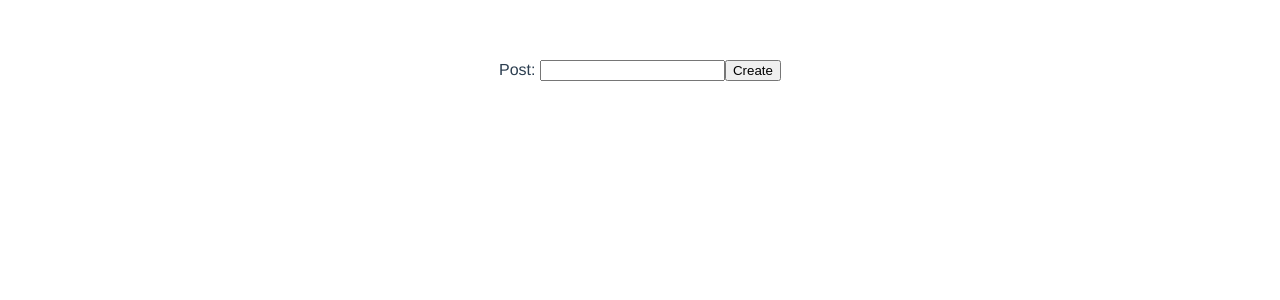
Repository: AnatoliyZaporozhets/HomeTask
Page: / (app in HomeWork_2/Task_1/)
These files come from the project's save history. The page is drawn as it stood at one moment and after the next save; the edit follows.
The browser window is 1280 px wide. The pictures show the whole page.
The project was rebuilt for these pictures with package versions that can differ from the ones it lists, and the page was loaded fresh each time. Also part of the build but not shown: HomeWork_2/Task_1/vue.config.js, HomeWork_2/Task_1/src/components/PostList/index.vue.

Above is the page before, as saved 2022-04-17 17:41:57.

### HomeWork_2/Task_1/src/App.vue
<template>
  <div>
    <create-post @pushPost='pushArr' />
    <div v-if="postListArr">
        <post-list v-for="(post,index) in postListArr" :key="index" :posts='post.post'/>
    </div>


  </div>
</template>

<script>
import CreatePost from './components/CreatePost'
import PostList from './components/PostList'
export default {
  name: 'App',
  components: {
   CreatePost,
   PostList
  },
  data(){
    return{
      postListArr:[],
    }

  },
  methods:{
      pushArr(inp){
        this.postListArr.push({post : inp})
      }
    }
}
</script>

<style>
#app {
  font-family: Avenir, Helvetica, Arial, sans-serif;
  -webkit-font-smoothing: antialiased;
  -moz-osx-font-smoothing: grayscale;
  text-align: center;
  color: #2c3e50;
  margin-top: 60px;
}
</style>

### HomeWork_2/Task_1/src/components/CreatePost/index.vue
<template>
    <div>
        <label>
            Post:
            <input type="text"  v-model="post" />
            <button @click='go'>Create</button>
        </label>
    </div>
</template>

<script>
    export default {
      name:'CreatePost' ,
      data(){
          return{
              post:''
          }
      },
     methods:{
      go(){
        this.$emit('pushPost',this.post)
        this.post=''
      }
    }
    }
</script>

<style lang="css" scoped>

</style>

Loaded but not shown: HomeWork_2/Task_1/public/index.html (common file); HomeWork_2/Task_1/src/main.js (common file)

After the next save:
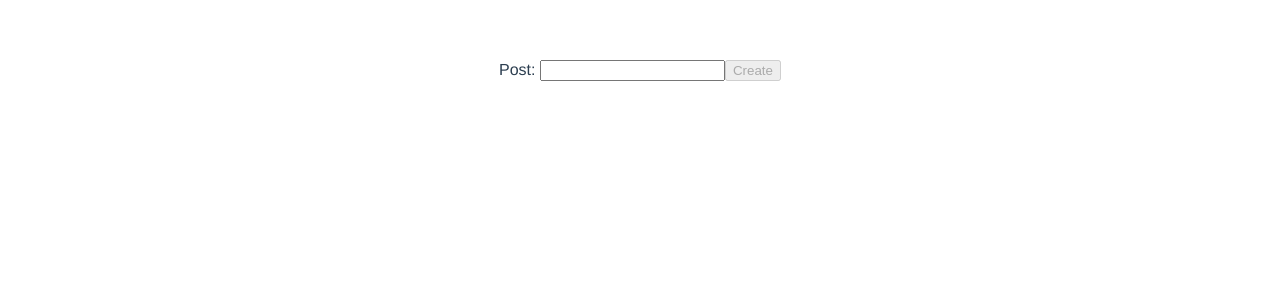
Saved 85 s later.
--- a/HomeWork_2/Task_1/src/components/CreatePost/index.vue
+++ b/HomeWork_2/Task_1/src/components/CreatePost/index.vue
@@ -3,7 +3,7 @@
         <label>
             Post:
             <input type="text"  v-model="post" />
-            <button @click='go'>Create</button>
+            <button @click='go' :disabled='!post'>Create</button>
         </label>
     </div>
 </template>
